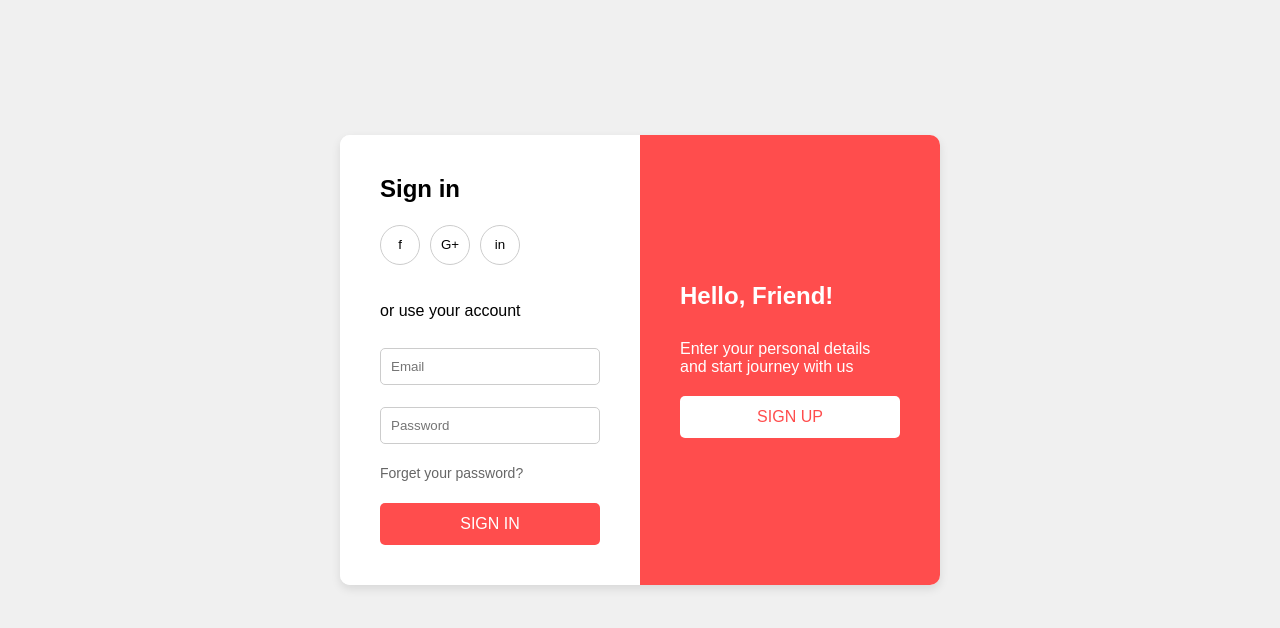
Repository: lavanya787/ml_system
Page: http://localhost/
An editor plug-in stored every save of this project. The page is shown before and after the next save, followed by the edit.
The browser window is 1280 px wide. The pictures show the whole page.
The page is served by the project's application, run on Flask 3 (flask_app.py).

Above is the page before, as saved 2025-06-03 15:57:19.

### templates/index.html
<!DOCTYPE html>
<html lang="en">
<head>
    <meta charset="UTF-8">
    <meta name="viewport" content="width=device-width, initial-scale=1.0">
    <title>🤖Chatbot</title>
    <link rel="stylesheet" href="{{ url_for('static', filename='style.css') }}">
</head>
<body>
    <!-- Notification div -->
    <div id="notification" class="notification" style="display: none;">
        <span id="notification-message"></span>
    </div>

    <div class="container" id="login-container">
        <div class="form-section">
            <h2>Sign in</h2>
            <div class="social-buttons">
                <button>f</button>
                <button>G+</button>
                <button>in</button>
            </div>
            <p>or use your account</p>
            <input type="email" id="login-email" placeholder="Email" required>
            <input type="password" id="login-password" placeholder="Password" required>
            <a href="#" class="forgot-password">Forget your password?</a>
            <button class="action-button" onclick="handleLogin()">SIGN IN</button>
        </div>
        <div class="welcome-section" id="signup-section">
            <h2>Hello, Friend!</h2>
            <p>Enter your personal details and start journey with us</p>
            <button class="action-button" onclick="showRegister()">SIGN UP</button>
        </div>
    </div>

    <div class="container" id="register-container" style="display: none;">
        <div class="welcome-section">
            <h2>Welcome Back!</h2>
            <p>To keep connected with us please login with your personal info</p>
            <button class="action-button" onclick="showLogin()">SIGN IN</button>
        </div>
        <div class="form-section">
            <h2>Create Account</h2>
            <div class="social-buttons">
                <button>f</button>
                <button>G+</button>
                <button>in</button>
            </div>
            <p>or use your email for registration</p>
            <input type="text" id="register-username" placeholder="Name" required>
            <input type="email" id="register-email" placeholder="Email" required>
            <input type="password" id="register-password" placeholder="Password" required>
            <button class="action-button" onclick="handleRegister()">SIGN UP</button>
        </div>
    </div>

    <script src="{{ url_for('static', filename='script.js') }}"></script>
</body>
</html>

### flask_app.py
from flask import Flask, request, jsonify, render_template, redirect, url_for
from flask_cors import CORS
from supabase import create_client, Client
import bcrypt
import uuid
from datetime import datetime
import re

app = Flask(__name__)
CORS(app)

# Supabase setup
SUPABASE_URL = "https://uctyxchurvievzvhthru.supabase.co"
SUPABASE_KEY = "eyJhbGciOiJIUzI1NiIsInR5cCI6IkpXVCJ9.eyJpc3MiOiJzdXBhYmFzZSIsInJlZiI6InVjdHl4Y2h1cnZpZXZ6dmh0aHJ1Iiwicm9sZSI6ImFub24iLCJpYXQiOjE3NDU0ODk0MDIsImV4cCI6MjA2MTA2NTQwMn0.YytXX-q4QDO_vY9f1e_P-UWc6v6860kcsbe_bTZVgCI"
supabase: Client = create_client(SUPABASE_URL, SUPABASE_KEY)

# Function to validate UUID
def is_valid_uuid(val):
    uuid_pattern = re.compile(
        r'^[0-9a-fA-F]{8}-[0-9a-fA-F]{4}-[0-9a-fA-F]{4}-[0-9a-fA-F]{4}-[0-9a-fA-F]{12}$'
    )
    return bool(uuid_pattern.match(val))

# Serve the main page
@app.route('/')
def index():
    return render_template('index.html')

@app.route('/api/register', methods=['POST'])
def register():
    data = request.get_json()
    username = data.get('username')
    email = data.get('email')
    password = data.get('password')

    # Check if user already exists
    user = supabase.table('users').select('*').eq('email', email).execute()
    print(f"Checking if user exists with email {email}: {user.data}")  # Debug log
    if user.data:
        return jsonify({'message': 'User already exists'}), 400

    # Hash password
    hashed_password = bcrypt.hashpw(password.encode('utf-8'), bcrypt.gensalt()).decode('utf-8')

    # Generate unique user ID
    user_id = str(uuid.uuid4())
    print(f"Generated user_id for registration: {user_id}")  # Debug log
    if not is_valid_uuid(user_id):
        print(f"ERROR: Generated user_id is not a valid UUID: {user_id}")
        return jsonify({'message': 'Internal server error: Invalid user_id generated'}), 500

    # Store user in Supabase
    registration_time = datetime.utcnow().isoformat()
    new_user = {
        'user_id': user_id,
        'username': username,
        'email': email,
        'password': hashed_password,
        'registration_time': registration_time
    }
    print(f"Storing user in Supabase: {new_user}")  # Debug log
    try:
        supabase.table('users').insert(new_user).execute()
    except Exception as e:
        print(f"Error inserting user into Supabase: {e}")
        return jsonify({'message': 'Error storing user in database'}), 500

    # Redirect to Streamlit app with user_id as a query parameter
    streamlit_url = f"http://localhost:8501/?user_id={user_id}"
    print(f"Redirecting to Streamlit app after registration: {streamlit_url}")  # Debug log
    return jsonify({'message': 'Registration successful', 'redirect': streamlit_url}), 200

@app.route('/api/login', methods=['POST'])
def login():
    data = request.get_json()
    email = data.get('email')
    password = data.get('password')

    # Fetch user from Supabase
    user = supabase.table('users').select('*').eq('email', email).execute()
    print(f"Supabase response for user lookup: {user.data}")  # Debug log
    if not user.data:
        return jsonify({'message': 'User not found'}), 404

    user_data = user.data[0]
    # Verify password
    if not bcrypt.checkpw(password.encode('utf-8'), user_data['password'].encode('utf-8')):
        return jsonify({'message': 'Incorrect password'}), 401

    # Update last login time
    login_time = datetime.utcnow().isoformat()
    try:
        supabase.table('users').update({'last_login': login_time}).eq('email', email).execute()
    except Exception as e:
        print(f"Error updating last login time in Supabase: {e}")
        return jsonify({'message': 'Error updating login time'}), 500

    # Redirect to Streamlit app with user_id as a query parameter
    user_id = user_data['user_id']
    print(f"Retrieved user_id for login: {user_id}")  # Debug log
    if not is_valid_uuid(user_id):
        print(f"ERROR: Retrieved user_id is not a valid UUID: {user_id}")
        return jsonify({'message': 'Internal server error: Invalid user_id retrieved'}), 500

    streamlit_url = f"http://localhost:8501/?user_id={user_id}"
    print(f"Redirecting to Streamlit app after login: {streamlit_url}")  # Debug log
    return jsonify({'message': 'Login successful', 'redirect': streamlit_url}), 200

if __name__ == '__main__':
    app.run(host='0.0.0.0', port=5000, debug=True)

### static/style.css
body {
    font-family: Arial, sans-serif;
    display: flex;
    justify-content: center;
    align-items: center;
    height: 100vh;
    margin: 0;
    background-color: #f0f0f0;
    position: relative;
}

/* Notification styling */
.notification {
    position: fixed;
    top: 20px;
    left: 50%;
    transform: translateX(-50%);
    background: linear-gradient(to right, #ff7e5f, #fe7b93);
    color: white;
    padding: 15px 30px;
    border-radius: 10px;
    box-shadow: 0 4px 10px rgba(0, 0, 0, 0.2);
    display: flex;
    align-items: center;
    font-size: 16px;
    z-index: 1000;
}

.notification::before {
    content: "✔";
    margin-right: 10px;
    font-size: 20px;
}

.container {
    display: flex;
    width: 600px;
    height: 450px;
    background: white;
    border-radius: 10px;
    box-shadow: 0 4px 10px rgba(0, 0, 0, 0.1);
    overflow: hidden;
}

.form-section, .welcome-section {
    width: 50%;
    padding: 40px;
    box-sizing: border-box;
}

.form-section {
    background: white;
    display: flex;
    flex-direction: column;
    justify-content: space-between;
}

.welcome-section {
    background: #ff4d4d;
    color: white;
    display: flex;
    flex-direction: column;
    justify-content: center;
}

h2 {
    margin: 0 0 20px;
    font-size: 24px;
}

.social-buttons {
    display: flex;
    gap: 10px;
    margin-bottom: 20px;
}

.social-buttons button {
    width: 40px;
    height: 40px;
    border-radius: 50%;
    border: 1px solid #ccc;
    background: white;
    cursor: pointer;
}

input {
    width: 100%;
    padding: 10px;
    margin: 10px 0;
    border: 1px solid #ccc;
    border-radius: 5px;
    box-sizing: border-box;
}

.forgot-password {
    display: block;
    margin: 10px 0;
    color: #666;
    text-decoration: none;
    font-size: 14px;
}

.action-button {
    width: 100%;
    padding: 12px;
    border: none;
    border-radius: 5px;
    background: #ff4d4d;
    color: white;
    font-size: 16px;
    cursor: pointer;
    margin-top: 10px;
}

.welcome-section button {
    background: white;
    color: #ff4d4d;
}

.welcome-section p {
    margin: 10px 0;
}

### static/script.js
function showRegister() {
    document.getElementById('login-container').style.display = 'none';
    document.getElementById('register-container').style.display = 'flex';
}

function showLogin() {
    document.getElementById('register-container').style.display = 'none';
    document.getElementById('login-container').style.display = 'flex';
}

// Function to show notification
function showNotification(message, callback) {
    const notification = document.getElementById('notification');
    const notificationMessage = document.getElementById('notification-message');
    notificationMessage.textContent = message;
    notification.style.display = 'flex';
    // Hide after 2 seconds and call the callback
    setTimeout(() => {
        notification.style.display = 'none';
        if (callback) callback(); // Execute callback after notification hides
    }, 2000);
}

async function handleRegister() {
    const username = document.getElementById('register-username').value;
    const email = document.getElementById('register-email').value;
    const password = document.getElementById('register-password').value;

    try {
        const response = await fetch('/api/register', {
            method: 'POST',
            headers: { 'Content-Type': 'application/json' },
            body: JSON.stringify({ username, email, password })
        });
        const result = await response.json();

        if (response.ok) {
            console.log('Registration successful, redirect URL:', result.redirect); // Debug log
            showNotification('Welcome! Your registration was successful. Let\'s get started.', () => {
                console.log('Redirecting to:', result.redirect); // Debug log
                window.location.href = result.redirect;  // Redirect to Streamlit app
            });
        } else {
            console.error('Registration failed:', result.message); // Debug log
            showNotification(result.message); // Show error message (e.g., "User already exists")
        }
    } catch (error) {
        console.error('Error during registration:', error); // Debug log
        showNotification('Error during registration');
    }
}

async function handleLogin() {
    const email = document.getElementById('login-email').value;
    const password = document.getElementById('login-password').value;

    try {
        const response = await fetch('/api/login', {
            method: 'POST',
            headers: { 'Content-Type': 'application/json' },
            body: JSON.stringify({ email, password })
        });
        const result = await response.json();

        if (response.ok) {
            console.log('Login successful, redirect URL:', result.redirect); // Debug log
            showNotification('Welcome! You have successfully logged in.', () => {
                console.log('Redirecting to:', result.redirect); // Debug log
                window.location.href = result.redirect;  // Redirect to Streamlit app
            });
        } else {
            console.error('Login failed:', result.message); // Debug log
            showNotification(result.message); // Show error message (e.g., "Incorrect password")
        }
    } catch (error) {
        console.error('Error during login:', error); // Debug log
        showNotification('Error during login');
    }
}

After the next save:
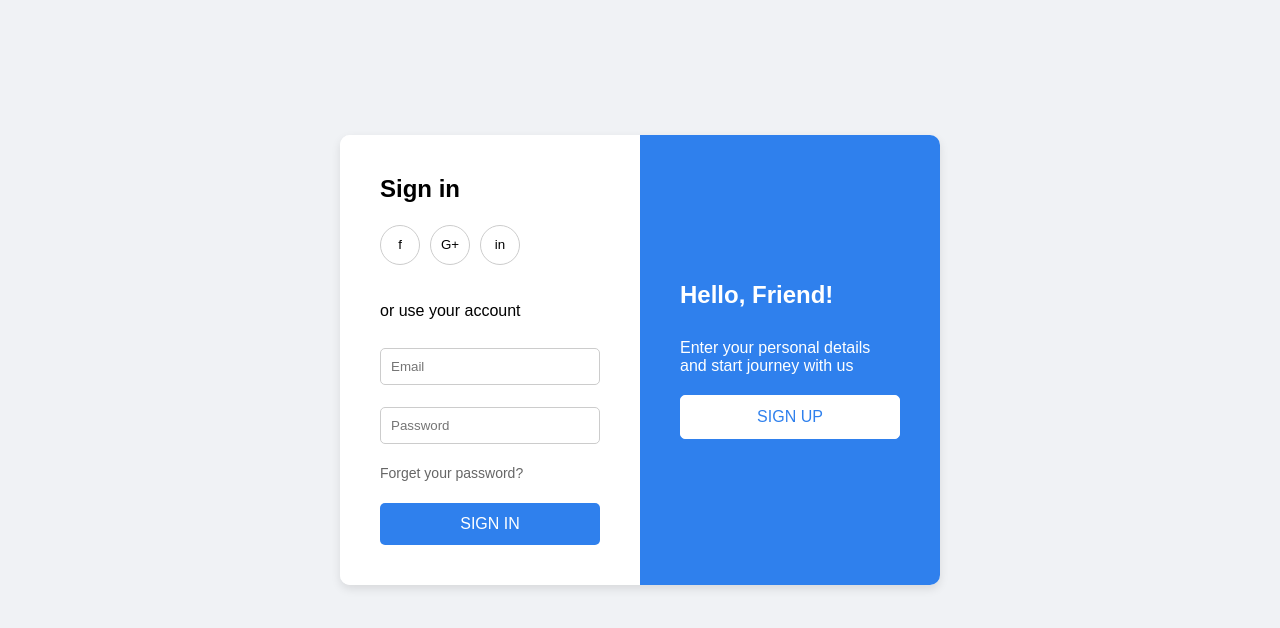
Saved 2 min 51 s later.
--- a/static/style.css
+++ b/static/style.css
@@ -5,7 +5,7 @@ body {
     align-items: center;
     height: 100vh;
     margin: 0;
-    background-color: #f0f0f0;
+    background-color: #f0f2f5; /* Subtle gray */
     position: relative;
 }
 
@@ -15,7 +15,7 @@ body {
     top: 20px;
     left: 50%;
     transform: translateX(-50%);
-    background: linear-gradient(to right, #ff7e5f, #fe7b93);
+    background: linear-gradient(to right, #2F80ED, #56CCF2); /* Blue gradient */
     color: white;
     padding: 15px 30px;
     border-radius: 10px;
@@ -56,7 +56,7 @@ body {
 }
 
 .welcome-section {
-    background: #ff4d4d;
+    background: #2F80ED; /* Professional Blue */
     color: white;
     display: flex;
     flex-direction: column;
@@ -105,7 +105,7 @@ input {
     padding: 12px;
     border: none;
     border-radius: 5px;
-    background: #ff4d4d;
+    background: #2F80ED; /* Button Blue */
     color: white;
     font-size: 16px;
     cursor: pointer;
@@ -114,7 +114,18 @@ input {
 
 .welcome-section button {
     background: white;
-    color: #ff4d4d;
+    color: #2F80ED;
+    border: 1px solid #fff;
+    padding: 12px;
+    font-size: 16px;
+    border-radius: 5px;
+    cursor: pointer;
+    transition: background 0.3s, color 0.3s;
+}
+
+.welcome-section button:hover {
+    background: #f0f2f5;
+    color: #2F80ED;
 }
 
 .welcome-section p {
